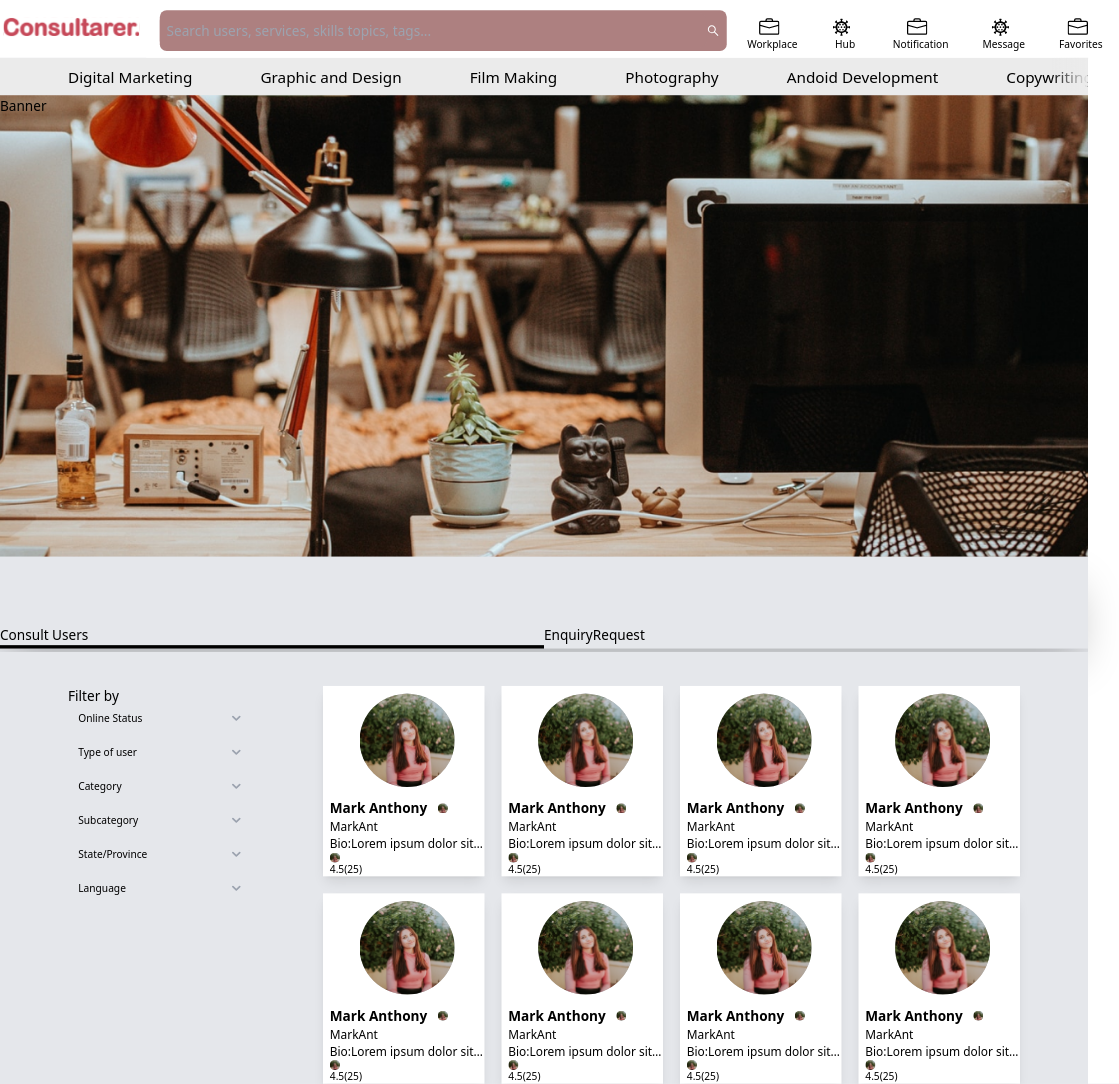
Repository: hisreal123/Consultarer
Page: /
An editor plug-in stored every save of this project. The page is shown before and after a run of saves, followed by the edit.
The browser window is 1280 px wide. The page is 1317 px wide, so the pictures cover 1317 px, including what lies to the right of the window. The pictures show the whole page, at 85% of full size.
The project was rebuilt for these pictures with package versions that can differ from the ones it lists, and the page was loaded fresh each time. The framework's server and built-in components were replaced by stand-ins that run in the browser. Also part of the build but not shown: next.config.js, webpack.config.js, components/Filter/Sortby.js.

Above is the page before, as saved 2022-04-26 00:30:26.

After the next 4 saves:
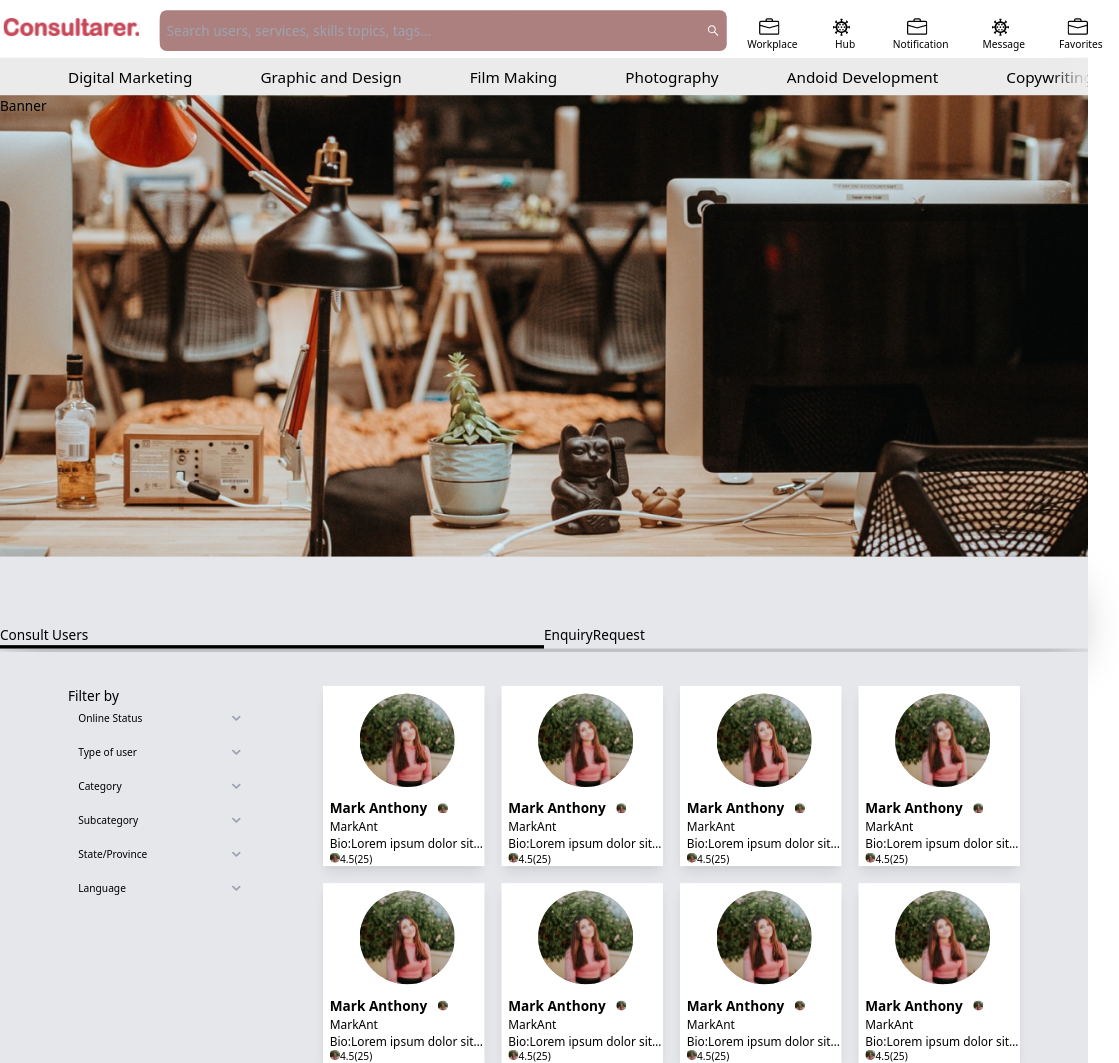
The 4 saves are shown as one change because they came seconds apart.
The last was saved 17 s later.
--- a/components/CardContent/UserCard.js
+++ b/components/CardContent/UserCard.js
@@ -144,7 +144,7 @@ export const UserCard = ({ userStyle }) => {
                   </span>
                 </p>
 
-                <p className="star text-xs">
+                <p className="star text-xs flex items">
                   <div className="w-3 ">
                     <Image
                       src="/img/unsplash_x9cXI2eQLBw.svg"
